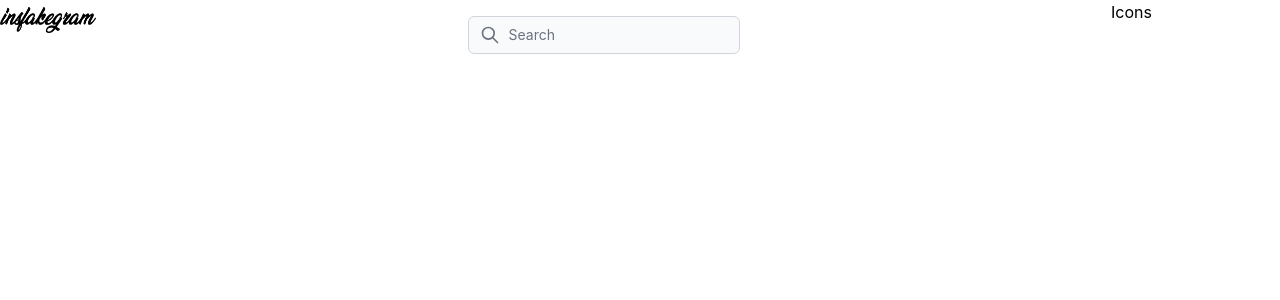
Repository: jasminetam/insfakegram
Page: /
These files come from the project's save history. The page is drawn as it stood at one moment and after a run of saves; the edit follows.
The browser window is 1280 px wide. The pictures show the whole page.
The project was rebuilt for these pictures with package versions that can differ from the ones it lists, and the page was loaded fresh each time. A package was used in the major version that the imports need, not the one package.json lists. The framework's server and built-in components were replaced by stand-ins that run in the browser. Also part of the build but not shown: next.config.js.

Above is the page before, as saved 2022-08-14 14:42:38.

After the next 2 saves:
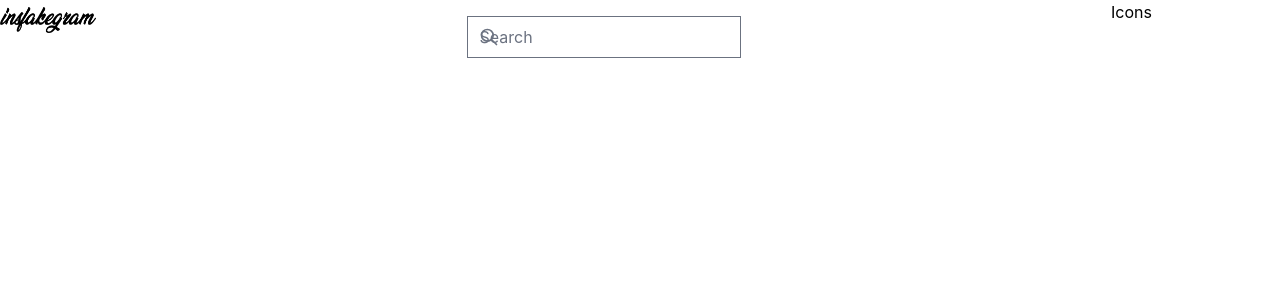
The 2 saves are shown as one change because they came seconds apart.
The last was saved 21 s later.
--- a/components/Header.tsx
+++ b/components/Header.tsx
@@ -40,7 +40,7 @@
           <input
             type="text"
             placeholder="Search"
-            className="bg-gray-50 block w-full pl-10 sm:text-sm border-gray-300 rounded-md focus:ring-black focus:border-black"
+            className="search"
           />
         </div>
         {/*Right*/}

After the 6 saves that followed:
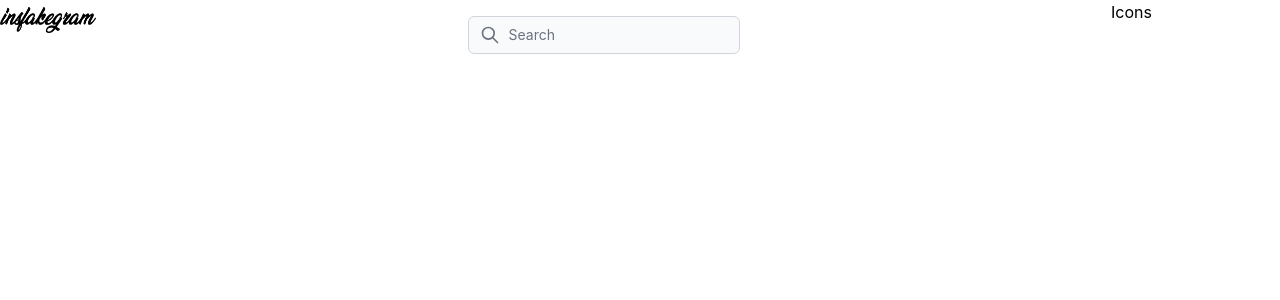
The 6 saves are shown as one change because 1 did not build or start and 2 left the picture as it was and some came seconds apart.
The last was saved 20 s later.
--- a/styles/globals.css
+++ b/styles/globals.css
@@ -9,3 +9,7 @@
   font-family: -apple-system, BlinkMacSystemFont, Segoe UI, Roboto, Oxygen,
     Ubuntu, Cantarell, Fira Sans, Droid Sans, Helvetica Neue, sans-serif;
 }
+
+.searchInput {
+  @apply bg-gray-50 block w-full pl-10 sm:text-sm border-gray-300 rounded-md focus:ring-black focus:border-black;
+}
--- a/components/Header.tsx
+++ b/components/Header.tsx
@@ -40,7 +40,7 @@
           <input
             type="text"
             placeholder="Search"
-            className="search"
+            className="searchInput"
           />
         </div>
         {/*Right*/}
